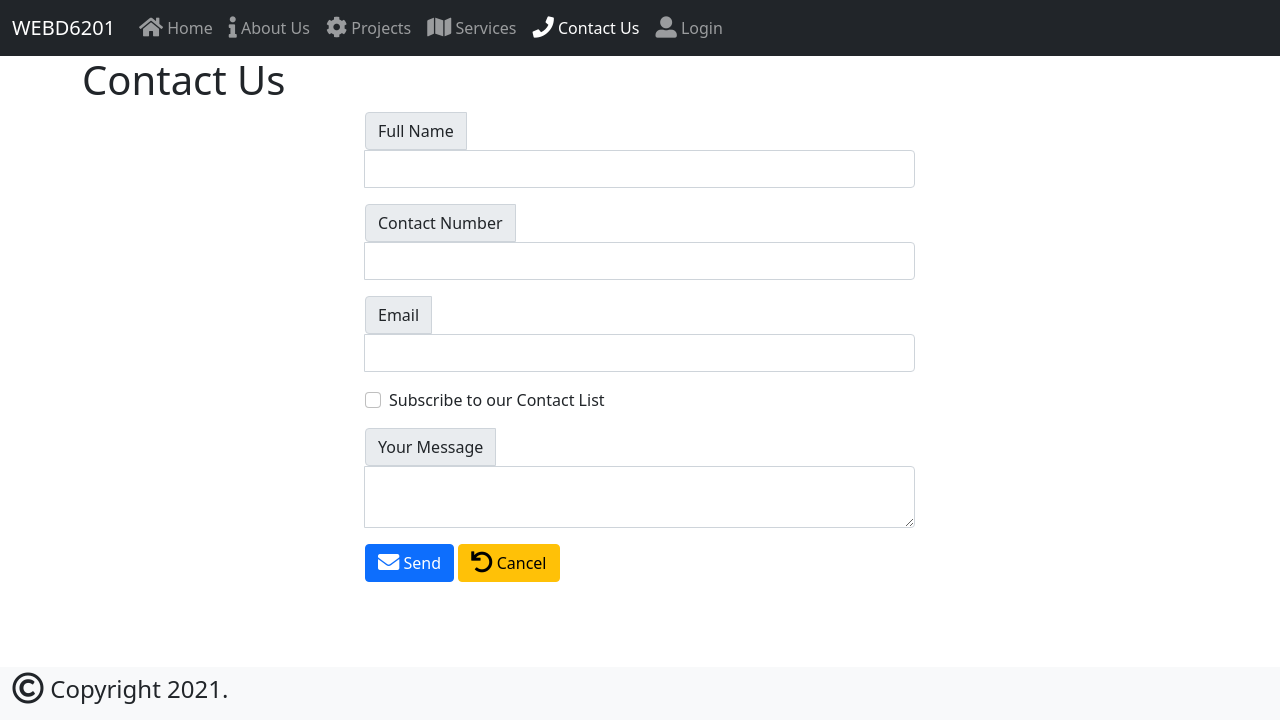
Repository: CKM206/WebD6201-W2021-ICE5
Page: contact.html
An editor plug-in stored every save of this project. The page is shown before and after the next save, followed by the edit.
The browser window is 1280 px wide. The pictures show the whole page.

Above is the page before, as saved 2021-03-07 02:47:13.

After the next save:
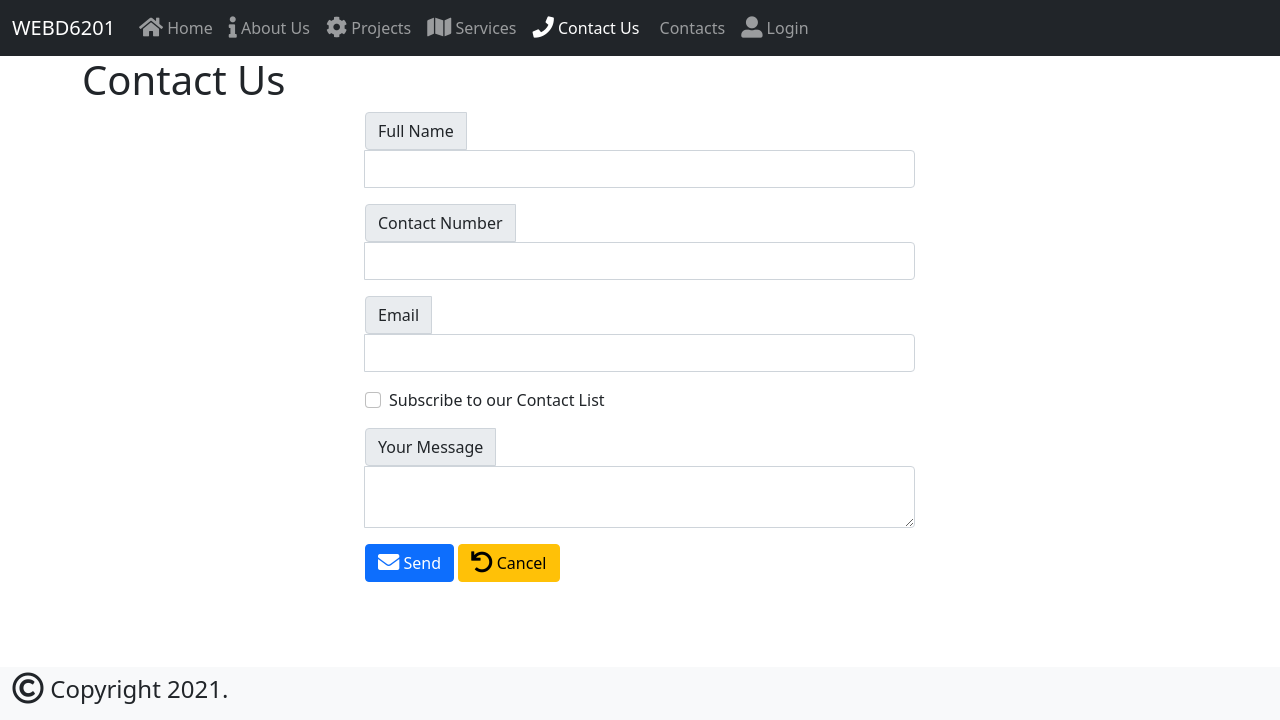
Saved 36 s later.
--- a/Scripts/app.js
+++ b/Scripts/app.js
@@ -381,7 +381,7 @@
 
       $(`<li class="nav-item">
       <a class="nav-link" aria-current="page" href="contact-list.html"><i class="fas fa-contacts fa-lg"></i> Contacts</a>
-     </li>`).insertBefore("#login");
+     </li>`).insertBefore("#loginListItem");
     }
 
 
